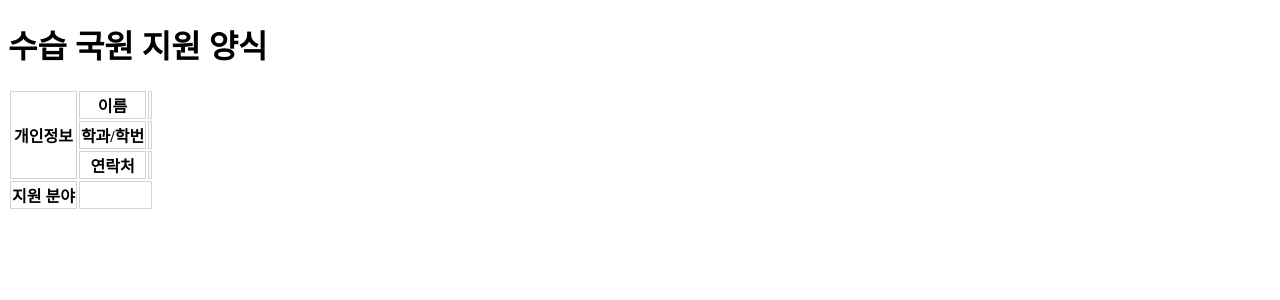
Repository: itkezi/HTML_2022_505
Page: Web/WebContent/HTML/0324_EX2.html
These files come from the project's save history. The page is drawn as it stood at one moment and after the next save; the edit follows.
The browser window is 1280 px wide. The pictures show the whole page.

Above is the page before, as saved 2022-03-24 07:30:00.

### Web/WebContent/HTML/0324_EX2.html
<!DOCTYPE html>
<html>
<head>
<meta charset="UTF-8">
<title>교재 120페이지</title>
<style>
table th, td {border: 1px solid lightgray; }
</style>
</head>
<body>
<h1>수습 국원 지원 양식</h1>

<table>
	<tr>
		<th rowspan='3'>개인정보</th>
		<th>이름</th>
		<td></td>
	</tr>
	<tr>
		<th>학과/학번</th>
		<td></td>
	</tr>
	<tr>
		<th>연락처</th>
		<td></td>
	</tr>
	<tr>
		<th>지원 분야</th>
		<th colspan='2'></th>
	</tr>

</table>

</body>
</html>

After the next save:
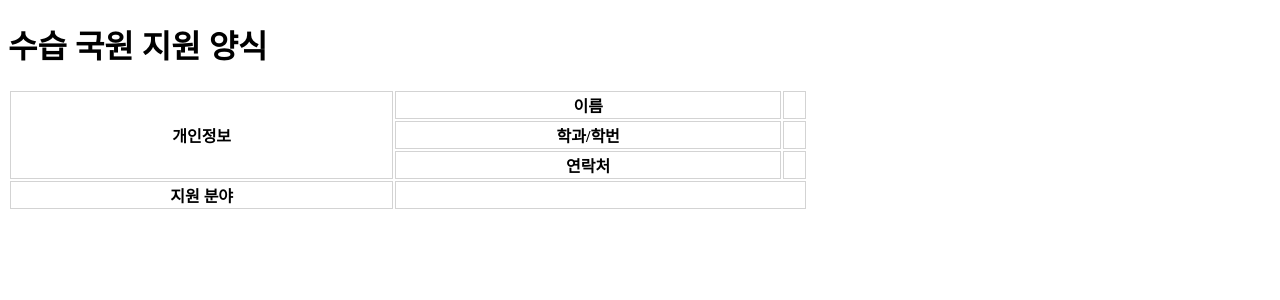
Saved 32 s later.
--- a/Web/WebContent/HTML/0324_EX2.html
+++ b/Web/WebContent/HTML/0324_EX2.html
@@ -4,6 +4,7 @@
 <meta charset="UTF-8">
 <title>교재 120페이지</title>
 <style>
+table { width:800px; }
 table th, td {border: 1px solid lightgray; }
 </style>
 </head>

After the save that followed:
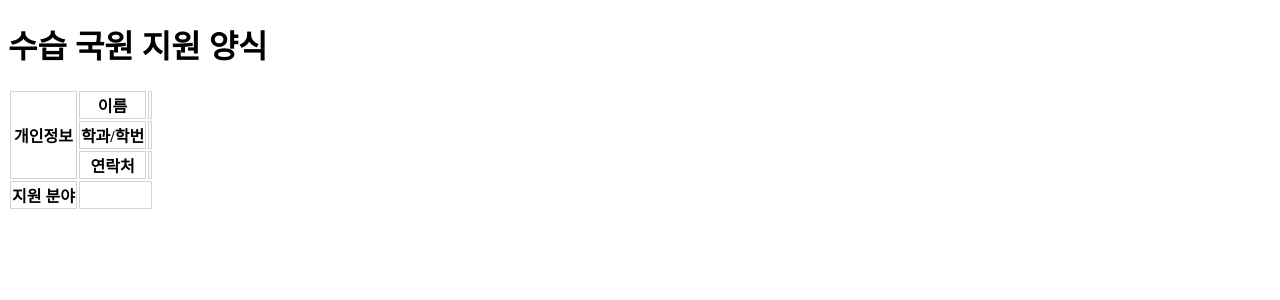
Saved 2 min 4 s later.
--- a/Web/WebContent/HTML/0324_EX2.html
+++ b/Web/WebContent/HTML/0324_EX2.html
@@ -4,7 +4,6 @@
 <meta charset="UTF-8">
 <title>교재 120페이지</title>
 <style>
-table { width:800px; }
 table th, td {border: 1px solid lightgray; }
 </style>
 </head>
@@ -12,6 +11,12 @@
 <h1>수습 국원 지원 양식</h1>
 
 <table>
+<colgroup>
+<col style='width;'>
+<col style='width;'>
+<col style='width;'>
+<col style='width;'>
+</colgroup>
 	<tr>
 		<th rowspan='3'>개인정보</th>
 		<th>이름</th>
